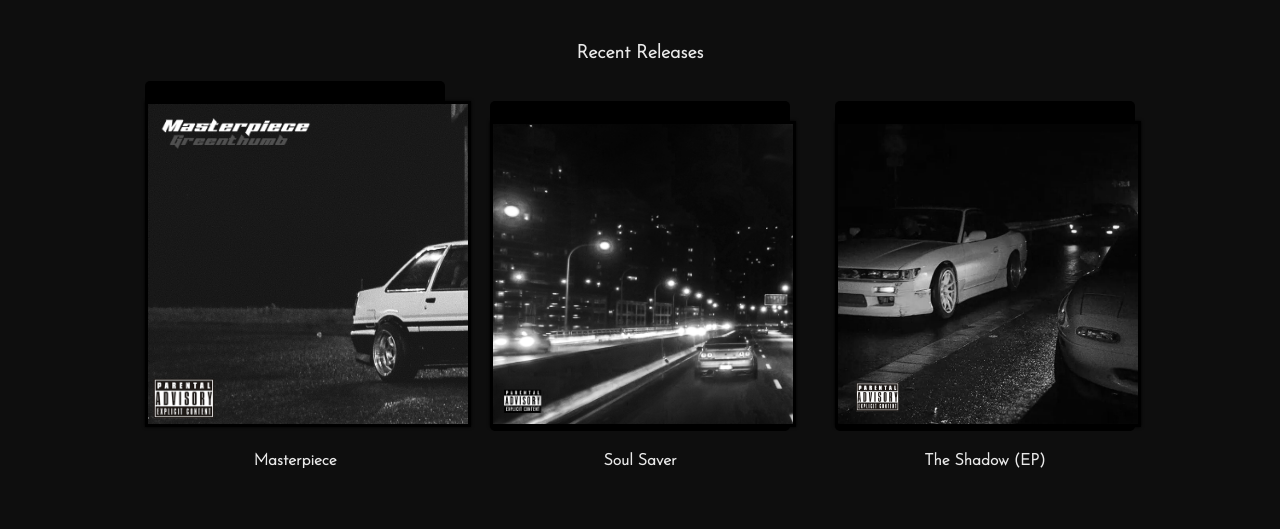
Repository: shayanabedi98/Greenthumb
Page: index.html
An editor plug-in stored every save of this project. The page is shown before and after the next save, followed by the edit.
The browser window is 1280 px wide. The pictures show the part of the page from y = 734 to 1263 px (the page is 1263 px tall).
The pointer rests on the first visible `.card img`.

Above is the page before, as saved 2023-08-15 13:36:44.

After the next save:
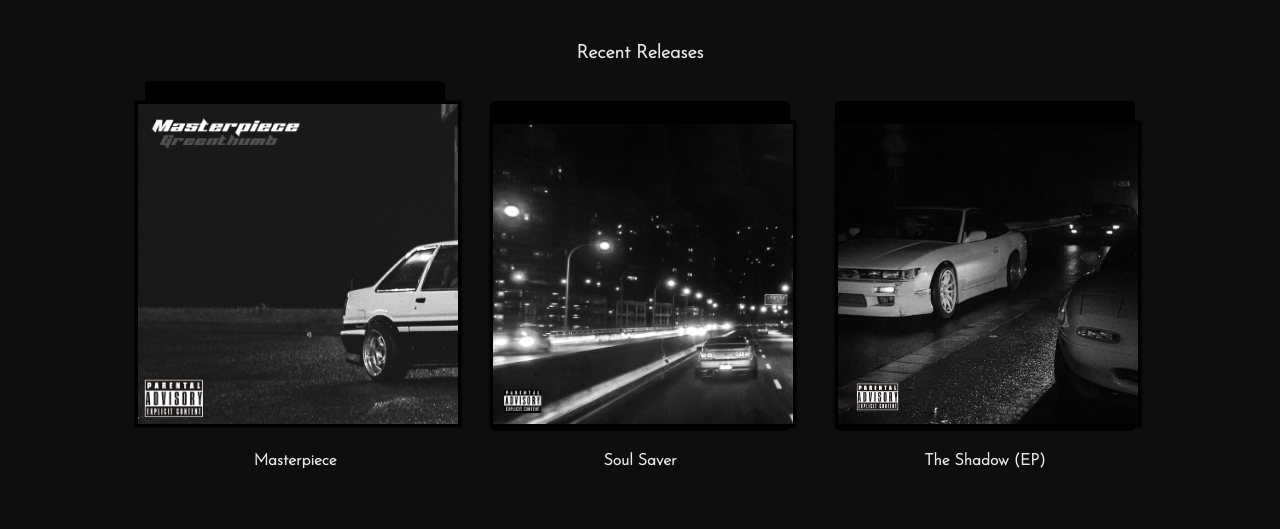
Saved 31 s later.
--- a/styles.css
+++ b/styles.css
@@ -70,6 +70,7 @@
 .card img:hover {
     height: 320px;
     width: 320px;
+    transform: translateX(-10px);
     transition: ease-in-out 0.3s;
 }
 
